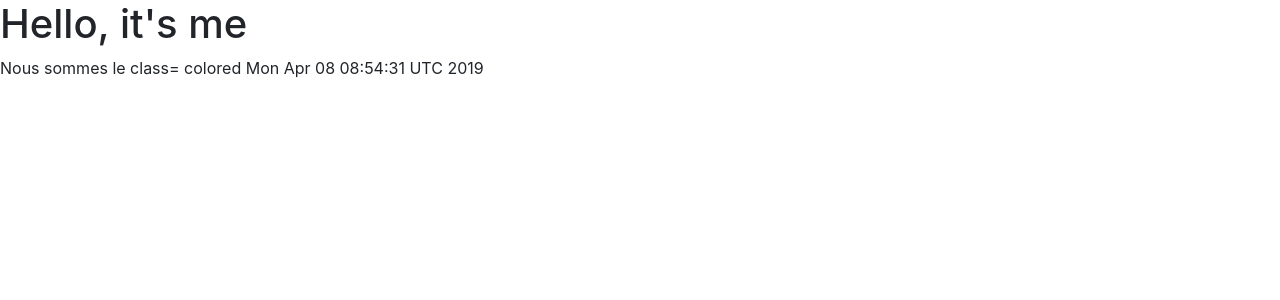
Repository: JohanVairac/montpar-architectureJEE
Page: http://localhost/exempleJEE/resultat.jsp
These files come from the project's save history. The page is drawn as it stood at one moment and after the next save; the edit follows.
The browser window is 1280 px wide. The pictures show the whole page.
The page is served by Tomcat 9.

Above is the page before, as saved 2019-04-09 15:09:39.

After the next save:
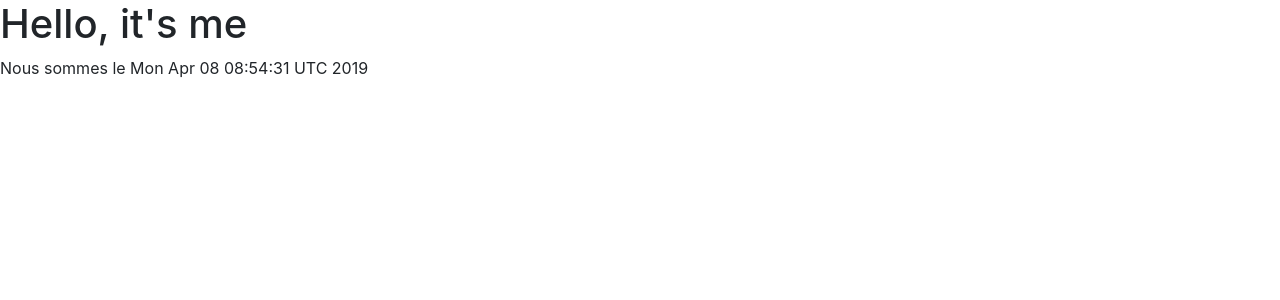
Saved 51 s later.
--- a/exempleJEE/WebContent/resultat.jsp
+++ b/exempleJEE/WebContent/resultat.jsp
@@ -12,6 +12,6 @@
 </head>
 <body>
 <h1>Hello, it's me </h1>
-<p> Nous sommes le <span > class= colored <%= new Date ().  toString() %> </span>
+<p> Nous sommes le <span class= "colored">  <%= new Date ().  toString() %> </span>
 </body>
 </html>
